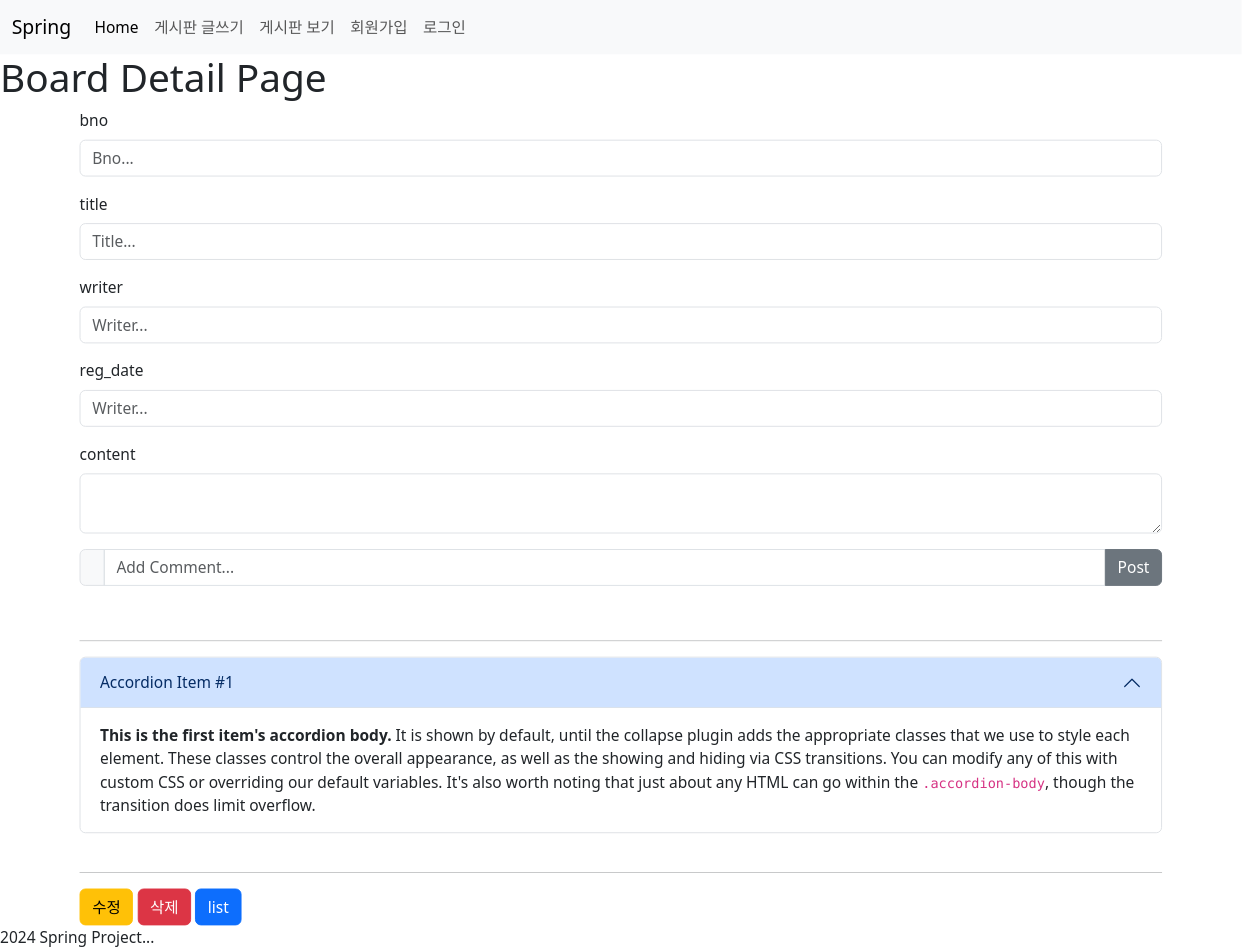
Repository: leechanggyu1118/Spring
Page: http://localhost/spring_study/WEB-INF/views/board/detail.jsp
These files come from the project's save history. The page is drawn as it stood at one moment and after the next save; the edit follows.
The browser window is 1280 px wide. The pictures show the whole page, at 97% of full size.
The page is served by Tomcat 9. Nobody is signed in. The template is opened directly, without the code that normally fills it, so the values that code supplies are empty.

Above is the page before, as saved 2024-04-26 02:47:35.

### spring_study/src/main/webapp/WEB-INF/views/board/detail.jsp
<%@ page language="java" contentType="text/html; charset=UTF-8"
    pageEncoding="UTF-8"%>
	<jsp:include page="../layout/header.jsp"></jsp:include>

	<h1>Board Detail Page</h1>
	<div class="container-md">
		<form action="/board/insert" method="post">

			<div class="mb-3">
				<label for="n" class="form-label">bno</label>
				<input type="text" class="form-control" name="bno" id="n" value="${bvo.bno }" readonly="readonly" placeholder="Bno...">
			</div>
			<div class="mb-3">
				<label for="t" class="form-label">title</label>
				<input type="text" class="form-control" name="title" id="t" value="${bvo.title }" readonly="readonly" placeholder="Title...">
			</div>

			<div class="mb-3">
				<label for="w" class="form-label">writer</label>
				<input type="text" class="form-control" name="writer" id="w" value="${bvo.writer }" readonly="readonly" placeholder="Writer...">
			</div>
			<div class="mb-3">
				<label for="r" class="form-label">reg_date</label>
				<input type="text" class="form-control" name="reg_date" id="r" value="${bvo.reg_date }" readonly="readonly" placeholder="Writer...">
			</div>

			<div class="mb-3">
				<label for="c" class="form-label">content</label>
				<textarea class="form-control" id="c" name="content" aria-label="With textarea" readonly="readonly">${bvo.content }</textarea>
			</div>

			<!-- Comment line  -->
			<!-- 댓글 등록 라인  -->
			<div class="input-group mb-3">
			  <span class="input-group-text" id="cmtWriter">${ses.id }</span>
			  <input type="text" id="cmtText" class="form-control" placeholder="Add Comment..." aria-label="Username" aria-describedby="basic-addon1">
			  <button type="button" id="cmtAddBtn" class="btn btn-secondary">Post</button>
			</div>
			<br>
			<hr>

			<!-- 댓글 출력 라인  -->
			<div class="accordion" id="accordionExample">
			  <div class="accordion-item">
			    <h2 class="accordion-header">
			      <button class="accordion-button" type="button" data-bs-toggle="collapse" data-bs-target="#collapseOne" aria-expanded="true" aria-controls="collapseOne">
			        Accordion Item #1
			      </button>
			    </h2>
			    <div id="collapseOne" class="accordion-collapse collapse show" data-bs-parent="#accordionExample">
			      <div class="accordion-body">
			        <strong>This is the first item's accordion body.</strong> It is shown by default, until the collapse plugin adds the appropriate classes that we use to style each element. These classes control the overall appearance, as well as the showing and hiding via CSS transitions. You can modify any of this with custom CSS or overriding our default variables. It's also worth noting that just about any HTML can go within the <code>.accordion-body</code>, though the transition does limit overflow.
			      </div>
			    </div>
			  </div>
			</div>
			<br>
			<hr>

			<a href="/board/modify?bno=${bvo.bno }"><button type="button" class="btn btn-warning">수정</button></a>
			<a href="/board/remove?bno=${bvo.bno }"><button type="button" class="btn btn-danger">삭제</button></a>
			<a href="/board/list"><button type="button" class="btn btn-primary">list</button></a>
		</form>
	</div>

		<jsp:include page="../layout/footer.jsp"></jsp:include>

### spring_study/src/main/webapp/WEB-INF/views/layout/header.jsp
<%@ page language="java" contentType="text/html; charset=UTF-8"
    pageEncoding="UTF-8"%>
    <%@taglib uri="http://java.sun.com/jsp/jstl/core" prefix="c" %>
<!DOCTYPE html>
<html>
<head>
<meta charset="UTF-8">
<title>header.jsp</title>
<link href="https://cdn.jsdelivr.net/npm/bootstrap@5.3.3/dist/css/bootstrap.min.css" rel="stylesheet" integrity="sha384-QWTKZyjpPEjISv5WaRU9OFeRpok6YctnYmDr5pNlyT2bRjXh0JMhjY6hW+ALEwIH" crossorigin="anonymous">
<script src="https://cdn.jsdelivr.net/npm/bootstrap@5.3.3/dist/js/bootstrap.bundle.min.js" integrity="sha384-YvpcrYf0tY3lHB60NNkmXc5s9fDVZLESaAA55NDzOxhy9GkcIdslK1eN7N6jIeHz" crossorigin="anonymous"></script>
</head>
<body>

<nav class="navbar navbar-expand-lg bg-body-tertiary">
  <div class="container-fluid">
    <a class="navbar-brand" href="#">Spring</a>
    <button class="navbar-toggler" type="button" data-bs-toggle="collapse" data-bs-target="#navbarSupportedContent" aria-controls="navbarSupportedContent" aria-expanded="false" aria-label="Toggle navigation">
      <span class="navbar-toggler-icon"></span>
    </button>
    <div class="collapse navbar-collapse" id="navbarSupportedContent">
      <ul class="navbar-nav me-auto mb-2 mb-lg-0">
        <li class="nav-item">
          <a class="nav-link active" aria-current="page" href="/">Home</a>
        </li>
        <li class="nav-item">
          <a class="nav-link" href="/board/register">게시판 글쓰기</a>
        </li>
        <li class="nav-item">
          <a class="nav-link" href="/board/list">게시판 보기</a>
        </li>
        <li class="nav-item">
          <a class="nav-link" href="/member/register">회원가입</a>
        </li>

        <c:if test="${ses.id eq null }">
        <li class="nav-item">
          <a class="nav-link" href="/member/login">로그인</a>
        </li>
        </c:if>

        <c:if test="${ses.id ne null }">
        <li class="nav-item">
          <a class="nav-link" href="/member/logout">로그아웃</a>
        </li>
        <li class="nav-item">
          <a class="nav-link" href="/member/modify">${ses.id }(${ses.email }) welcome!</a>
        </li>
		</c:if>

        </ul>
    </div>
  </div>
</nav>

### spring_study/src/main/webapp/WEB-INF/views/layout/footer.jsp
<%@ page language="java" contentType="text/html; charset=UTF-8"
    pageEncoding="UTF-8"%>
<div>
	2024 Spring Project...
</div>

</body>
</html>

After the next save:
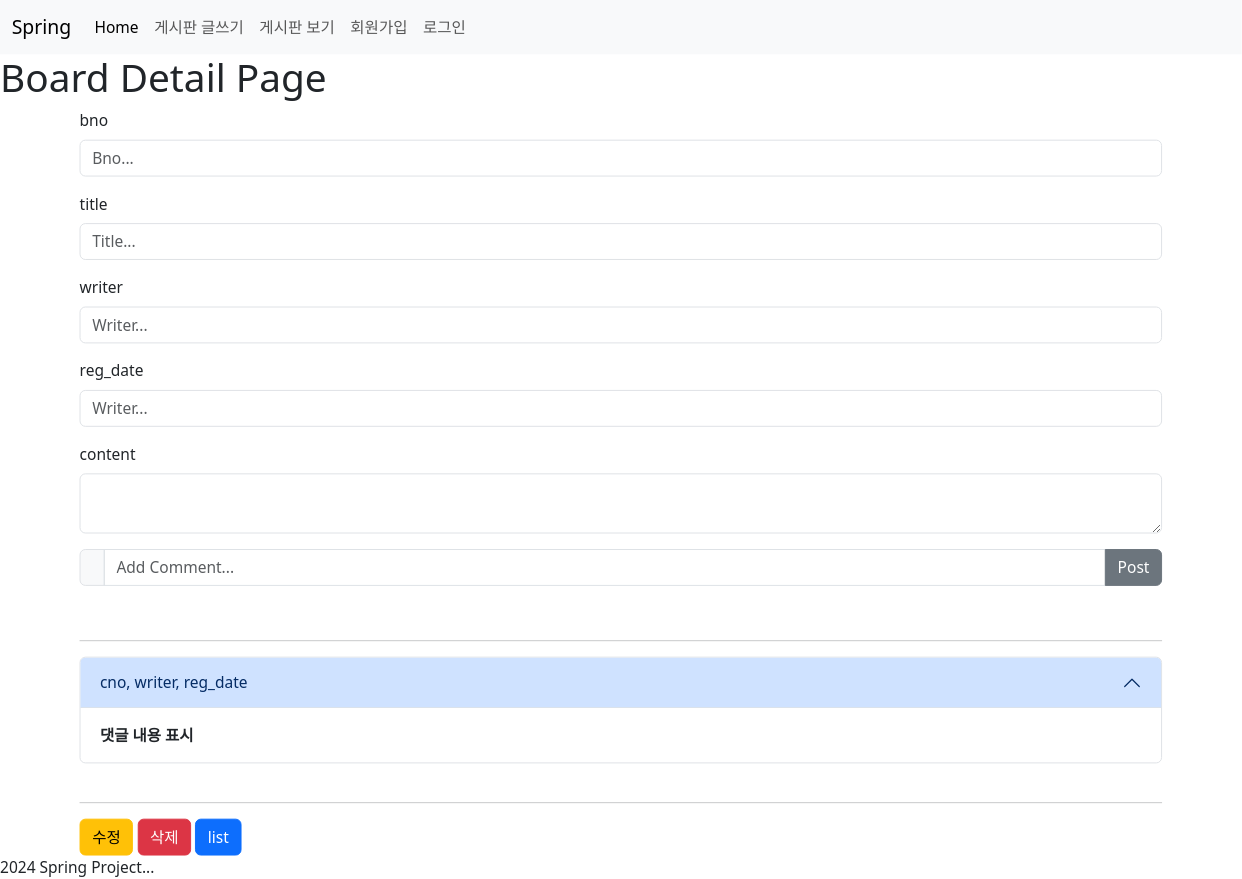
Saved 80 s later.
--- a/spring_study/src/main/webapp/WEB-INF/views/board/detail.jsp
+++ b/spring_study/src/main/webapp/WEB-INF/views/board/detail.jsp
@@ -44,12 +44,12 @@
 			  <div class="accordion-item">
 			    <h2 class="accordion-header">
 			      <button class="accordion-button" type="button" data-bs-toggle="collapse" data-bs-target="#collapseOne" aria-expanded="true" aria-controls="collapseOne">
-			        Accordion Item #1
+			        cno, writer, reg_date
 			      </button>
 			    </h2>
 			    <div id="collapseOne" class="accordion-collapse collapse show" data-bs-parent="#accordionExample">
 			      <div class="accordion-body">
-			        <strong>This is the first item's accordion body.</strong> It is shown by default, until the collapse plugin adds the appropriate classes that we use to style each element. These classes control the overall appearance, as well as the showing and hiding via CSS transitions. You can modify any of this with custom CSS or overriding our default variables. It's also worth noting that just about any HTML can go within the <code>.accordion-body</code>, though the transition does limit overflow.
+			        <strong>댓글 내용 표시</strong>
 			      </div>
 			    </div>
 			  </div>
